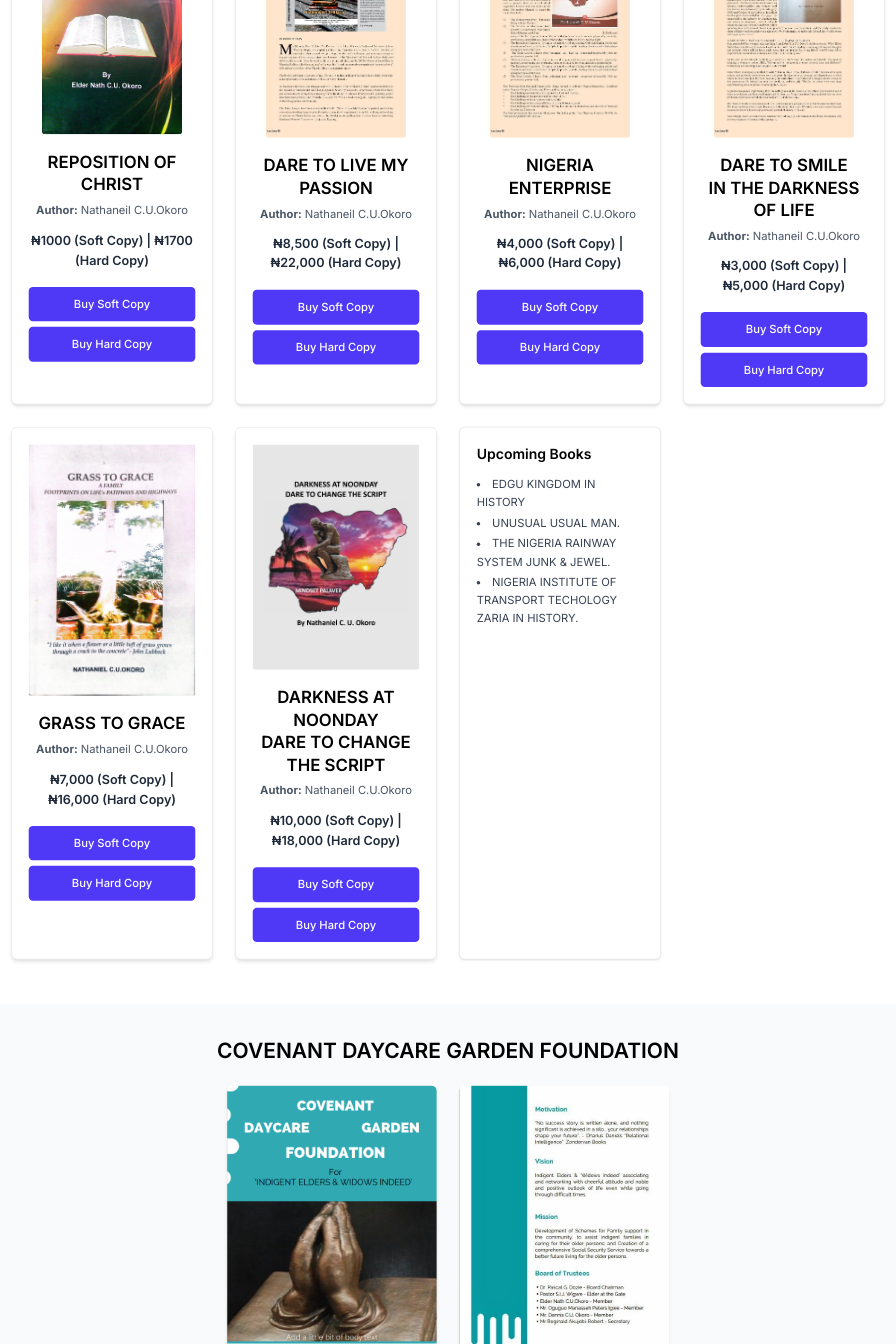
Repository: Rickyy1017/online-bookstore
Page: / (app in frontend/)
An editor plug-in stored every save of this project. The page is shown before and after the next save, followed by the edit.
The browser window is 1280 px wide. The pictures show the part of the page from y = 707 to 2627 px (the page is 3639 px tall), at 70% of full size.
The project was rebuilt for these pictures with package versions that can differ from the ones it lists, and the page was loaded fresh each time. The framework's server and built-in components were replaced by stand-ins that run in the browser. Also part of the build but not shown: frontend/next.config.ts.

Above is the page before, as saved 2025-10-09 23:29:21.

After the next save:
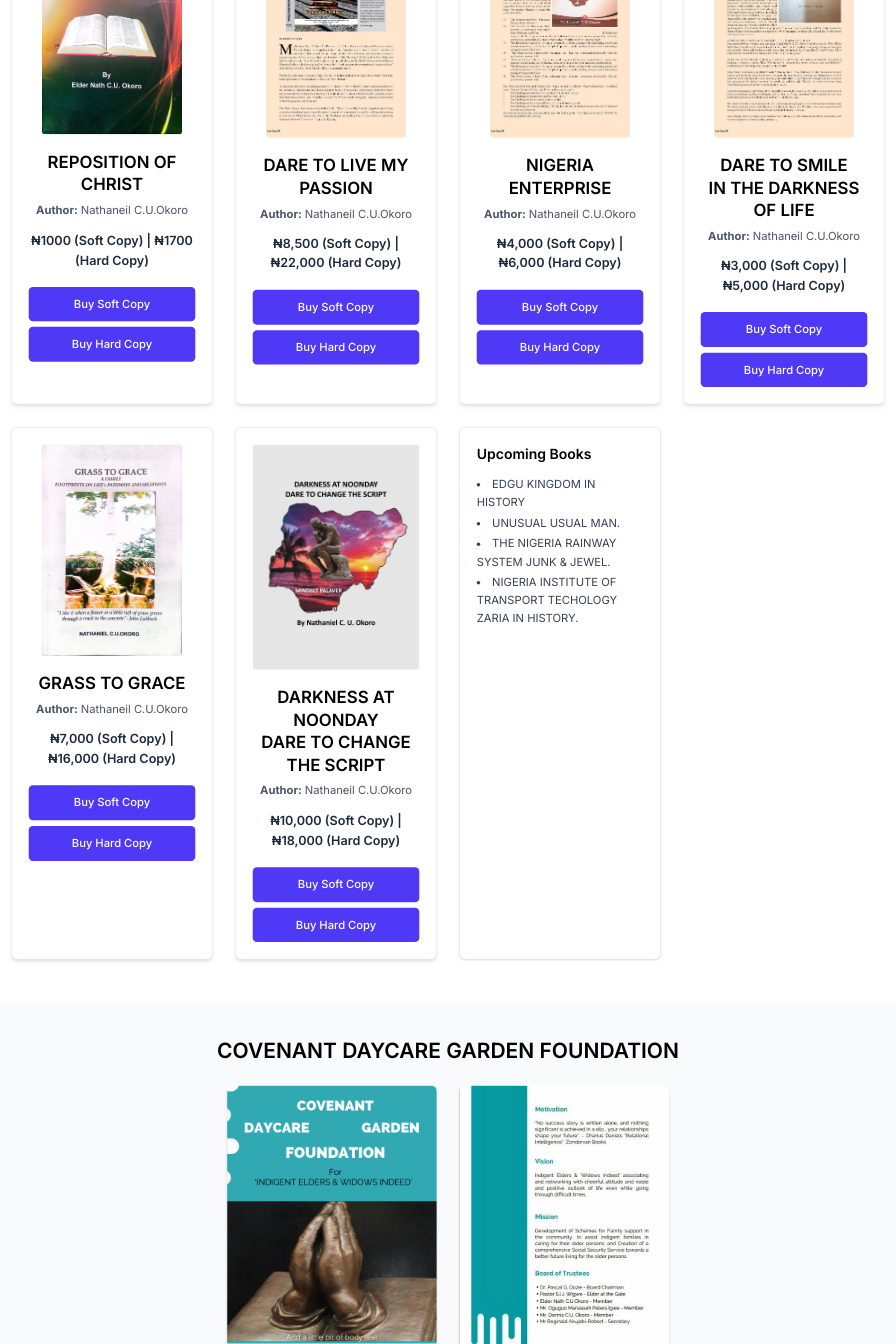
Saved 13 s later.
--- a/frontend/app/page.tsx
+++ b/frontend/app/page.tsx
@@ -124,8 +124,8 @@ export default function Page() {
           </div>
         </div>
 
-        <div className="bg-white border border-gray-200 rounded-lg p-6 shadow-md hover:shadow-lg transition-shadow">
-          <Image src="/images/grasee (1).jpg" alt="GRASS TO GRACE" width={250} height={350} className="mx-auto mb-6 rounded" />
+        <div className="bg-white border border-gray-200 rounded-lg p-6 shadow-md">
+          <Image src="/images/grasee (1).jpg" alt="GRASS TO GRACE" width={200} height={300} className="mx-auto mb-6 rounded" />
           <h3 className="text-2xl font-bold text-gray-900 mb-2 text-center">GRASS TO GRACE</h3>
           <p className="text-gray-600 text-center mb-4"><b>Author:</b> Nathaneil C.U.Okoro</p>
           <div className="text-center mb-6">
